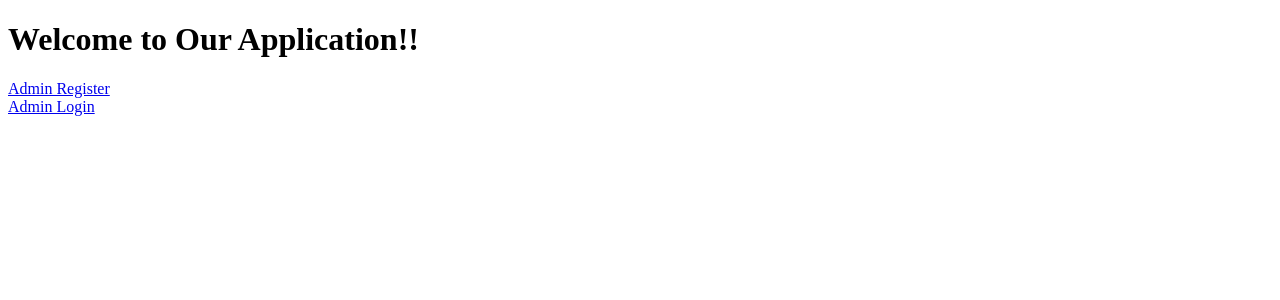
Repository: Purnima-Kushwah11/Online-Product-Management-System
Page: RegistartionProject/src/main/webapp/home.html
These files come from the project's save history. The page is drawn as it stood at one moment and after the next save; the edit follows.
The browser window is 1280 px wide. The pictures show the whole page.

Above is the page before, as saved 2025-02-18 18:54:19.

### RegistartionProject/src/main/webapp/home.html
<!DOCTYPE html>
<html>
<head>
<meta charset="UTF-8">
<title>Insert title here</title>
</head>
<body>
<h1>Welcome to Our Application!!</h1>
<a href="Admin.register"> Admin Register</a><br>
<a href="Admin.login"> Admin Login</a><br>



</body>
</html>

After the next save:
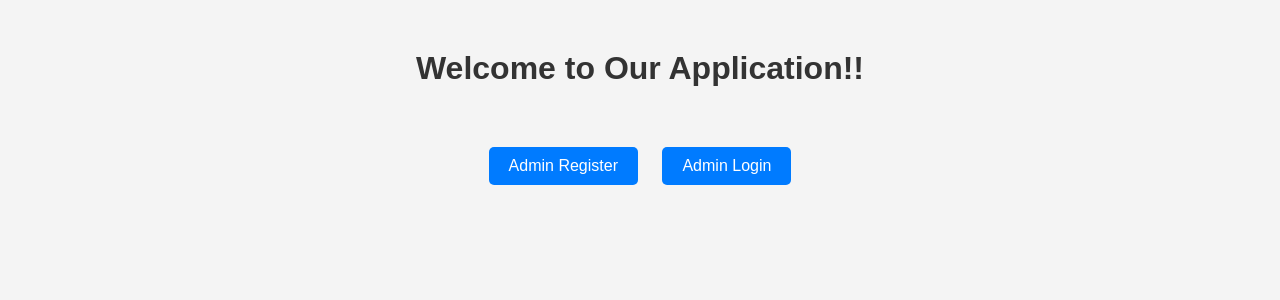
Saved 99 s later.
--- a/RegistartionProject/src/main/webapp/home.html
+++ b/RegistartionProject/src/main/webapp/home.html
@@ -1,15 +1,52 @@
 <!DOCTYPE html>
-<html>
+<html lang="en">
 <head>
-<meta charset="UTF-8">
-<title>Insert title here</title>
+    <meta charset="UTF-8">
+    <meta name="viewport" content="width=device-width, initial-scale=1.0">
+    <title>Welcome - Our Application</title>
+    <style>
+        body {
+            font-family: Arial, sans-serif;
+            text-align: center;
+            background-color: #f4f4f4;
+            margin: 0;
+            padding: 0;
+        }
+        h1 {
+            color: #333;
+            margin-top: 50px;
+        }
+        .container {
+            margin-top: 50px;
+        }
+        .btn {
+            display: inline-block;
+            padding: 10px 20px;
+            margin: 10px;
+            font-size: 16px;
+            text-decoration: none;
+            color: white;
+            background-color: #007bff;
+            border-radius: 5px;
+            transition: 0.3s;
+        }
+        .btn:hover {
+            background-color: #0056b3;
+        }
+    </style>
+    <script>
+        function showMessage() {
+            alert("Welcome to our application!");
+        }
+    </script>
 </head>
-<body>
-<h1>Welcome to Our Application!!</h1>
-<a href="Admin.register"> Admin Register</a><br>
-<a href="Admin.login"> Admin Login</a><br>
+<body onload="showMessage()">
 
-
+    <h1>Welcome to Our Application!!</h1>
+    <div class="container">
+        <a href="Admin.register" class="btn">Admin Register</a>
+        <a href="Admin.login" class="btn">Admin Login</a>
+    </div>
 
 </body>
 </html>
